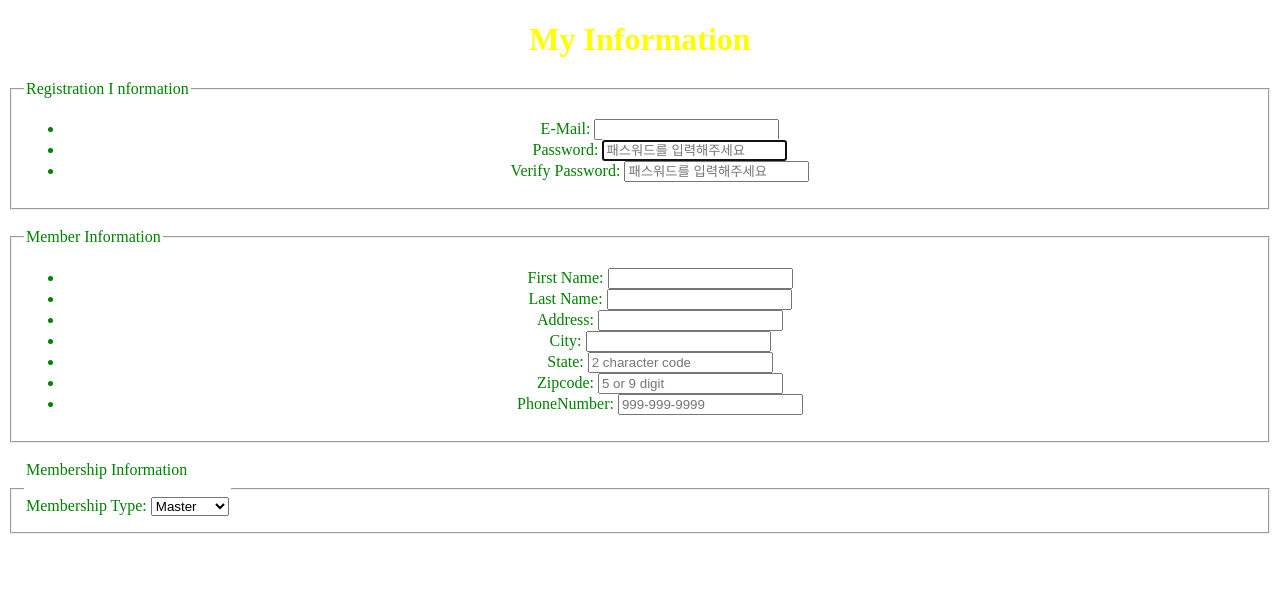
Repository: hyungju2/SSAFY_JavaPractice
Page: 20190211_HTML/web_java/HTMLProject/WebContent/html/hwfront01_서울_6반_이형주.html
These files come from the project's save history. The page is drawn as it stood at one moment and after the next save; the edit follows.
The browser window is 1280 px wide. The pictures show the whole page.

Above is the page before, as saved 2019-02-11 08:56:14.

After the next save:
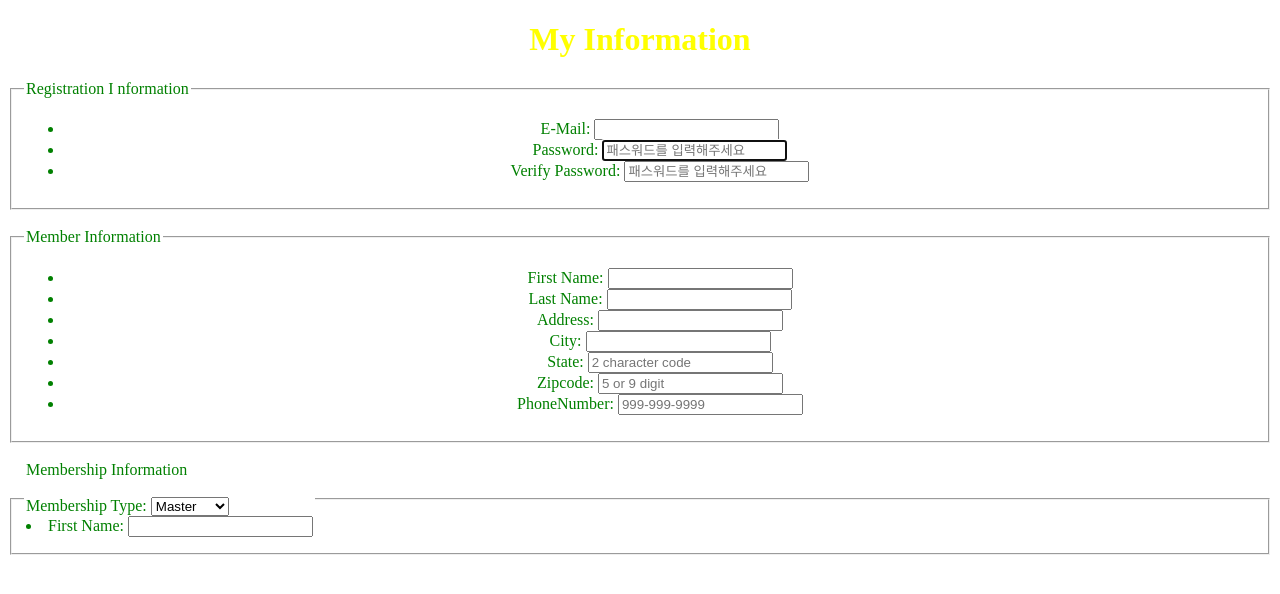
Saved 3 min 33 s later.
--- a/20190211_HTML/web_java/HTMLProject/WebContent/html/hwfront01_서울_6반_이형주.html
+++ b/20190211_HTML/web_java/HTMLProject/WebContent/html/hwfront01_서울_6반_이형주.html
@@ -58,7 +58,7 @@
 			<font color="green">Membership Information
 			<br>
 			<br>
-			Membership Type:
+			<align:center>Membership Type:
 			<select> name="position">
 			<optgroup label="position">
 			<option value="1">Master</option>
@@ -67,7 +67,8 @@
 			</optgroup>
 			</select>
 			<br>
-
+			<li align="center"><label for="firstname">First Name:</label> <input
+				type="text" , id="id"></li>
 		</legend>
 	</fieldset>
 
